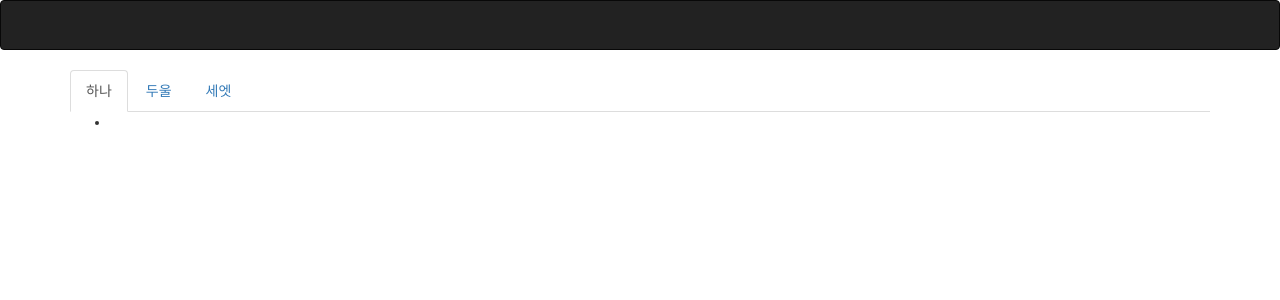
Repository: hyunhee7/web_work
Page: http://localhost/Step05_JavaServerPage/test08.jsp
An editor plug-in stored every save of this project. The page is shown before and after a run of saves, followed by the edit.
The browser window is 1280 px wide. The pictures show the whole page.
The page is served by Tomcat 9.

Above is the page before, as saved 2017-06-22 07:50:28.

After the next 2 saves:
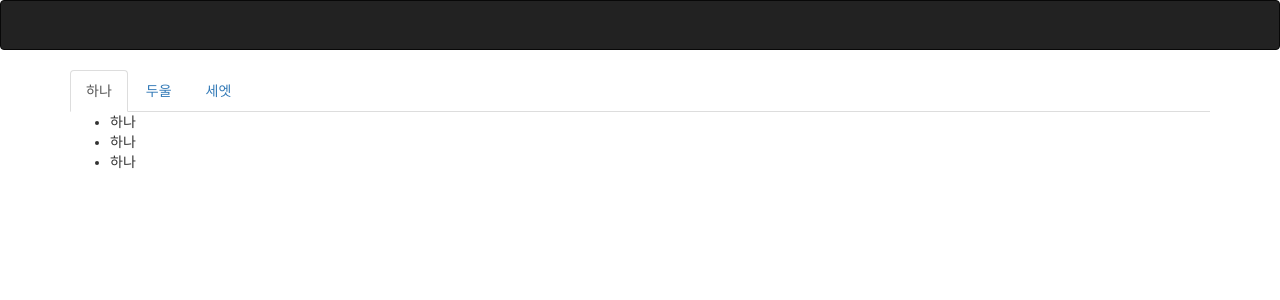
The 2 saves are shown as one change because they came seconds apart.
The last was saved 31 s later.
--- a/Step05_JavaServerPage/WebContent/test08.jsp
+++ b/Step05_JavaServerPage/WebContent/test08.jsp
@@ -33,7 +33,9 @@
 	</ul>
 
 	<ul>
-		<li <%if(active.equals("one")) { %>class="active"<% } %>></li>
+		<li <%if(active.equals("one")) { %>class="active"<% } %>>하나</li>
+		<li <%if(active.equals("two")) { %>class="active"<% } %>>하나</li>
+		<li <%if(active.equals("three")) { %>class="active"<% } %>>하나</li>
 	</ul>
 </div>
 </body>
